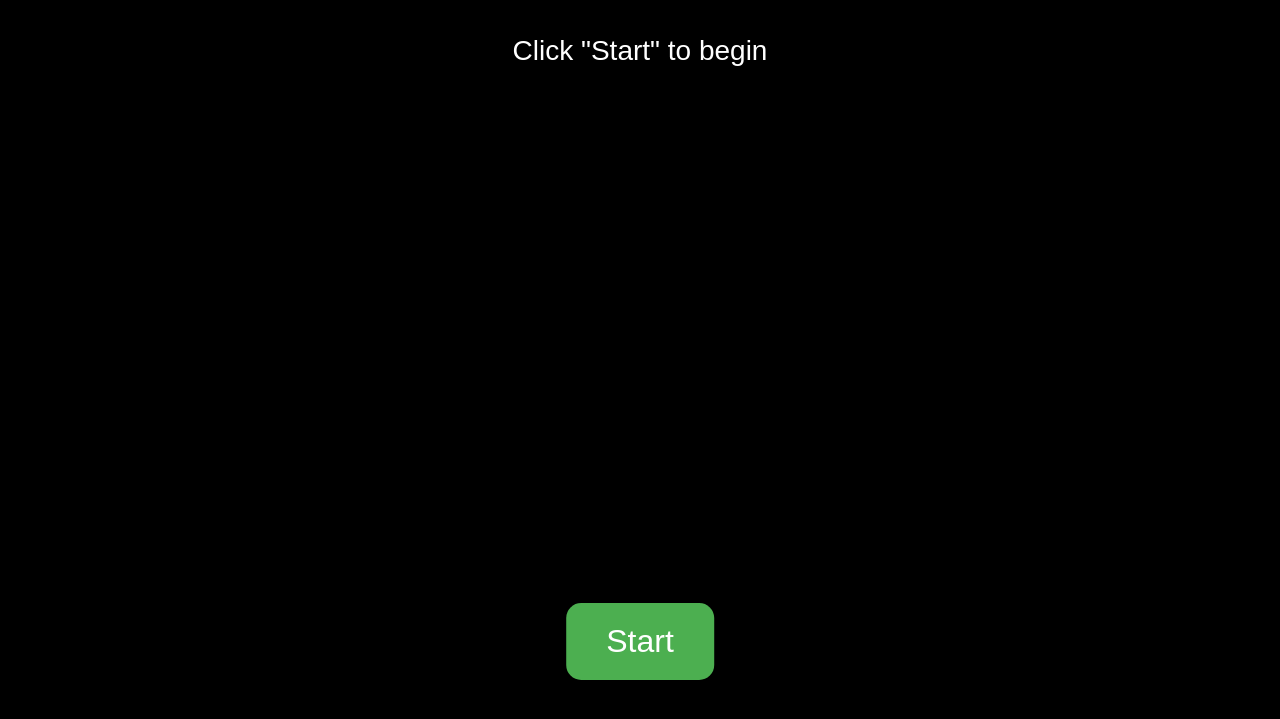
Repository: Jayhawk2000/AR_Game_DCD_Children
Page: challenge/throwing/index.html
An editor plug-in stored every save of this project. The page is shown before and after the next save, followed by the edit.
The browser window is 1280 px wide. The pictures show the whole page.

Above is the page before, as saved 2024-09-24 10:23:07.

### challenge/throwing/index.html
<!DOCTYPE html>
<html lang="en">
  <head>
    <meta charset="UTF-8" />
    <meta name="viewport" content="width=device-width, initial-scale=1.0" />
    <title>Balance Pose Detector</title>
    <link rel="stylesheet" href="styles.css" />
  </head>
  <body>
    <div id="info">Click "Start" to begin</div>
    <div id="footInfo"></div>
    <div id="armInfo"></div>
    <div id="headInfo"></div>
    <div id="trunkInfo"></div>
    <button id="startButton">Start</button>
    <video id="video" style="display: none"></video>
    <canvas id="output"></canvas>

    <div id="resultPage" style="display: none">
      <h1>Throwing Pose Results</h1>
      <p>Total Score: <span id="totalScore"></span>/100</p>
      <p>Foot Step Score: <span id="footStepScore"></span>/50</p>
      <p>Arm Speed Score: <span id="armSpeedScore"></span>/50</p>
      <h2>Feedback:</h2>
      <p id="throwingFeedback"></p>
      <button id="retryButton">Try Again</button>
      <button id="returnButton">Return to Start</button>
    </div>

    <script
      src="https://cdn.jsdelivr.net/npm/@mediapipe/camera_utils/camera_utils.js"
      crossorigin="anonymous"
    ></script>
    <script
      src="https://cdn.jsdelivr.net/npm/@mediapipe/control_utils/control_utils.js"
      crossorigin="anonymous"
    ></script>
    <script
      src="https://cdn.jsdelivr.net/npm/@mediapipe/drawing_utils/drawing_utils.js"
      crossorigin="anonymous"
    ></script>
    <script
      src="https://cdn.jsdelivr.net/npm/@mediapipe/pose/pose.js"
      crossorigin="anonymous"
    ></script>
    <script src="app.js"></script>
  </body>
</html>

### challenge/throwing/styles.css
body {
  margin: 0;
  padding: 0;
  overflow: hidden;
  font-family: Arial, sans-serif;
  background-color: #000;
}

#info {
  position: absolute;
  top: 20px;
  left: 50%;
  transform: translateX(-50%);
  background-color: rgba(0, 0, 0, 0.7);
  color: white;
  padding: 15px 25px;
  border-radius: 10px;
  font-size: 28px;
  text-align: center;
  z-index: 30;
  max-width: 80%;
}

#footInfo,
#armInfo,
#headInfo,
#trunkInfo {
  position: absolute;
  left: 50%;
  transform: translateX(-50%);
  background-color: rgba(0, 0, 0, 0.7);
  color: white;
  padding: 10px 20px;
  border-radius: 10px;
  font-size: 24px;
  text-align: center;
  z-index: 30;
  max-width: 70%;
}

#footInfo {
  top: 120px;
}

#armInfo {
  top: 180px;
}

#headInfo {
  top: 240px;
}

#trunkInfo {
  top: 300px;
}

#startButton {
  position: absolute;
  bottom: 40px;
  left: 50%;
  transform: translateX(-50%);
  padding: 20px 40px;
  font-size: 32px;
  cursor: pointer;
  background-color: #4caf50;
  color: white;
  border: none;
  border-radius: 15px;
  z-index: 30;
}

#video {
  position: absolute;
  top: 0;
  left: 0;
  width: 100%;
  height: 100%;
  object-fit: cover;
  z-index: 10;
}

#output {
  position: absolute;
  top: 0;
  left: 0;
  width: 100%;
  height: 100%;
  z-index: 20;
}

#resultPage {
  display: none; /* Initially hidden */
  position: absolute;
  top: 50%;
  left: 50%;
  transform: translate(-50%, -50%);
  background-color: rgba(0, 0, 0, 0.8);
  color: white;
  padding: 40px;
  border-radius: 20px;
  text-align: center;
  z-index: 40;
}

#resultPage h1 {
  font-size: 36px;
  margin-bottom: 20px;
}

#resultPage p {
  font-size: 24px;
  margin: 10px 0;
}

#resultPage button {
  margin: 20px 10px;
  padding: 15px 30px;
  font-size: 24px;
  cursor: pointer;
  background-color: #4caf50;
  color: white;
  border: none;
  border-radius: 10px;
}

#resultPage button:hover {
  background-color: #45a049;
}

### challenge/throwing/app.js
const startButton = document.getElementById("startButton");
const info = document.getElementById("info");
const footInfo = document.getElementById("footInfo");
const armInfo = document.getElementById("armInfo");
const video = document.getElementById("video");
const canvasElement = document.getElementById("output");
const canvasCtx = canvasElement.getContext("2d");

let pose, camera;
let balancePoseDetected = false;
let balancePoseStartTime = 0;
const BALANCE_POSE_DURATION = 5000; // 5 seconds
let countdownTimer = 5;
let isDetectionStarted = false;
let armScore = 10;
let trunkStabilityScore = 10;
let maxDisplacement = 0;
let initialPose = null;
let throwingPhase = "preparation";
let throwingScores = {
  preparation: 0,
  propulsion: 0,
  release: 0,
  followThrough: 0,
};
let isThrowingStarted = false;
let startingPositionHoldTime = 0;
const STARTING_POSITION_HOLD_DURATION = 3000; // 3 seconds

startButton.addEventListener("click", startProcess);

function startProcess() {
  startButton.style.display = "none";
  info.textContent = "Initializing camera...";

  initCamera()
    .then(() => {
      startCountdown();
    })
    .catch((error) => {
      console.error("Initialization failed:", error);
      info.textContent = "Failed to initialize camera or pose detection.";
    });
}

function initCamera() {
  return new Promise((resolve, reject) => {
    camera = new Camera(video, {
      onFrame: async () => {
        if (pose && isDetectionStarted) {
          await pose.send({ image: video });
        }
      },
      width: 1280,
      height: 720,
    });

    pose = new Pose({
      locateFile: (file) => {
        return `https://cdn.jsdelivr.net/npm/@mediapipe/pose/${file}`;
      },
    });

    pose.setOptions({
      modelComplexity: 1,
      smoothLandmarks: true,
      minDetectionConfidence: 0.5,
      minTrackingConfidence: 0.5,
    });

    pose.onResults(onResults);

    camera
      .start()
      .then(() => {
        console.log("Camera started successfully");
        video.style.display = "block";
        canvasElement.style.display = "block";
        resolve();
      })
      .catch((error) => {
        console.error("Error starting camera:", error);
        info.textContent = "Error starting camera: " + error.message;
        reject(error);
      });
  });
}

function startCountdown() {
  info.textContent = `Get ready! ${countdownTimer}`;
  info.innerHTML += "<br>Please stand where your full body is visible";

  if (countdownTimer > 0) {
    countdownTimer--;
    setTimeout(startCountdown, 1000);
  } else {
    isDetectionStarted = true;
    info.textContent = "Start throwing!";
    throwingPhase = "preparation";
  }
}

function calculateAngle(a, b, c) {
  let radians =
    Math.atan2(c.y - b.y, c.x - b.x) - Math.atan2(a.y - b.y, a.x - b.x);
  let angle = Math.abs((radians * 180.0) / Math.PI);
  if (angle > 180.0) {
    angle = 360 - angle;
  }
  return angle;
}

function checkArmRaised(shoulder, elbow, wrist) {
  const heightScore = getArmHeightScore(shoulder, wrist);
  const extensionScore = getArmExtensionScore(shoulder, elbow, wrist);
  const score = (heightScore + extensionScore) / 2;
  return { status: score > 0 ? "raised" : "lowered", score: score };
}

function getArmHeightScore(shoulder, wrist) {
  const heightDiff = shoulder.y - wrist.y;
  if (heightDiff >= 0) return 10;
  if (heightDiff > -0.1) return 8;
  if (heightDiff > -0.2) return 6;
  return 4;
}

function getArmExtensionScore(shoulder, elbow, wrist) {
  const angle = calculateAngle(shoulder, elbow, wrist);
  if (angle >= 170) return 10;
  if (angle >= 150) return 8;
  if (angle >= 120) return 6;
  return 4;
}

function calculateTrunkStability() {
  console.log(
    "Calculating trunk stability, max displacement:",
    maxDisplacement
  );
  if (maxDisplacement < 0.01) return 10;
  if (maxDisplacement < 0.02) return 9;
  if (maxDisplacement < 0.03) return 8;
  if (maxDisplacement < 0.04) return 7;
  if (maxDisplacement < 0.05) return 6;
  if (maxDisplacement < 0.06) return 5;
  if (maxDisplacement < 0.08) return 4;
  if (maxDisplacement < 0.1) return 3;
  if (maxDisplacement < 0.15) return 2;
  if (maxDisplacement < 0.2) return 1;
  return 0;
}

function updateMaxDisplacement(landmarks) {
  if (!initialPose) return;

  const calculateDisplacement = (initial, current) => {
    const dx = initial.x - current.x;
    const dy = initial.y - current.y;
    return Math.sqrt(dx * dx + dy * dy);
  };

  const displacements = [
    calculateDisplacement(initialPose.nose, landmarks[0]),
    calculateDisplacement(initialPose.leftShoulder, landmarks[11]),
    calculateDisplacement(initialPose.rightShoulder, landmarks[12]),
    calculateDisplacement(initialPose.leftHip, landmarks[23]),
    calculateDisplacement(initialPose.rightHip, landmarks[24]),
  ];

  const currentMaxDisplacement = Math.max(...displacements);
  maxDisplacement = Math.max(maxDisplacement, currentMaxDisplacement);
  console.log("Current max displacement:", maxDisplacement);
}

function checkThrowingPose(landmarks) {
  if (!isThrowingStarted) {
    if (checkStartingPosition(landmarks)) {
      const currentTime = Date.now();
      if (startingPositionHoldTime === 0) {
        startingPositionHoldTime = currentTime;
      } else if (
        currentTime - startingPositionHoldTime >=
        STARTING_POSITION_HOLD_DURATION
      ) {
        isThrowingStarted = true;
        info.textContent = "Starting position held. Begin throwing!";
      }
    } else {
      startingPositionHoldTime = 0;
    }
    return;
  }

  const footStepScore = checkFootStep(landmarks);
  const armSpeedScore = checkArmSpeed(landmarks);

  const totalScore = footStepScore + armSpeedScore;

  if (isThrowingCompleted(landmarks)) {
    showResultPage(totalScore, { footStepScore, armSpeedScore });
    isDetectionStarted = false;
  }
}

function checkStartingPosition(landmarks) {
  const isSideOn = checkSideOnStance(landmarks);
  const isArmBehindHead = checkArmBehindHead(landmarks);
  const isOneFootForward = checkOneFootForward(landmarks);

  updateStartingPositionFeedback(isSideOn, isArmBehindHead, isOneFootForward);

  return isSideOn && isArmBehindHead && isOneFootForward;
}

function updateStartingPositionFeedback(
  isSideOn,
  isArmBehindHead,
  isOneFootForward
) {
  if (!isSideOn) {
    info.textContent = "Please turn sideways to the camera";
  } else if (!isArmBehindHead) {
    info.textContent = "Please place one hand behind your head";
  } else if (!isOneFootForward) {
    info.textContent = "Please step forward with one foot";
  } else {
    info.textContent = "Great! Hold this position for 3 seconds";
  }
}

function isThrowingCompleted(landmarks) {
  const nose = landmarks[0];
  const wrist = landmarks[16]; // 右手腕
  return wrist.x > nose.x;
}

function checkFootStep(landmarks) {
  const leftAnkle = landmarks[27];
  const rightAnkle = landmarks[28];
  const stepDiff = Math.abs(leftAnkle.x - rightAnkle.x);
  if (stepDiff > 0.2) return 50; // 明显迈步
  if (stepDiff > 0.1) return 30; // 轻微迈步
  return 10; // 未迈步
}

let previousWristPosition = null;
let previousTimestamp = null;

function checkArmSpeed(landmarks) {
  const wrist = landmarks[16]; // 右手腕
  const currentTimestamp = Date.now();

  if (previousWristPosition && previousTimestamp) {
    const distance = Math.sqrt(
      Math.pow(wrist.x - previousWristPosition.x, 2) +
        Math.pow(wrist.y - previousWristPosition.y, 2)
    );
    const timeDiff = (currentTimestamp - previousTimestamp) / 1000; // 转换为秒
    const speed = distance / timeDiff;

    previousWristPosition = wrist;
    previousTimestamp = currentTimestamp;

    if (speed > 2) return 50; // 快速
    if (speed > 1) return 30; // 中速
    return 10; // 慢速
  }

  previousWristPosition = wrist;
  previousTimestamp = currentTimestamp;
  return 0;
}

function getArmFeedback(score) {
  if (score >= 9) return "Excellent arm position!";
  if (score >= 7)
    return "Good arm position. Try to raise your arm a bit higher and extend it more.";
  if (score >= 5)
    return "Moderate arm position. Focus on raising your arm to shoulder level and extending it fully.";
  return "Keep working on raising your arm higher and extending it more.";
}

function getTrunkFeedback(score) {
  if (score === 10) return "Perfect stability! You remained incredibly steady.";
  if (score >= 8) return "Excellent stability. Very minimal movement detected.";
  if (score >= 6)
    return "Good stability. Some slight movement, but overall well maintained.";
  if (score >= 4)
    return "Fair stability. Try to reduce your body's movement more.";
  if (score >= 2)
    return "Needs improvement. Focus on keeping your body as still as possible.";
  return "Significant movement detected. Practice holding your position steady.";
}

function showResultPage(totalScore, scores) {
  footInfo.style.display = "none";
  armInfo.style.display = "none";
  info.style.display = "none";
  video.style.display = "none";
  canvasElement.style.display = "none";

  const resultPage = document.getElementById("resultPage");
  resultPage.style.display = "block";

  document.getElementById("totalScore").textContent = totalScore.toFixed(1);
  document.getElementById("footStepScore").textContent =
    scores.footStepScore.toFixed(1);
  document.getElementById("armSpeedScore").textContent =
    scores.armSpeedScore.toFixed(1);
  document.getElementById("throwingFeedback").textContent =
    getThrowingFeedback(totalScore);

  const retryButton = document.getElementById("retryButton");
  const returnButton = document.getElementById("returnButton");

  retryButton.replaceWith(retryButton.cloneNode(true));
  returnButton.replaceWith(returnButton.cloneNode(true));

  document.getElementById("retryButton").addEventListener("click", () => {
    resultPage.style.display = "none";
    startProcess();
  });

  document.getElementById("returnButton").addEventListener("click", () => {
    resultPage.style.display = "none";
    startButton.style.display = "block";
    info.style.display = "block";
    info.textContent = 'Click "Start" to begin';
  });
}

function getThrowingFeedback(score) {
  if (score >= 90) return "Excellent throwing form!";
  if (score >= 75) return "Very good throw, with some room for improvement.";
  if (score >= 60) return "Good attempt, keep practicing to improve your form.";
  if (score >= 40)
    return "Fair throw, focus on improving your technique in each phase.";
  return "Keep practicing! Pay attention to the proper form in each phase of the throw.";
}

function onResults(results) {
  canvasCtx.save();
  canvasCtx.clearRect(0, 0, canvasElement.width, canvasElement.height);
  canvasCtx.drawImage(
    results.image,
    0,
    0,
    canvasElement.width,
    canvasElement.height
  );

  if (results.poseLandmarks && isDetectionStarted) {
    drawConnectors(canvasCtx, results.poseLandmarks, POSE_CONNECTIONS, {
      color: "rgba(0, 255, 255, 0.3)",
      lineWidth: 4,
    });
    drawLandmarks(canvasCtx, results.poseLandmarks, {
      color: "rgba(255, 0, 255, 0.3)",
      lineWidth: 2,
      radius: 6,
    });

    checkThrowingPose(results.poseLandmarks);
    updateInfoDisplay();
  }

  canvasCtx.restore();
}

window.addEventListener("load", () => {
  canvasElement.width = window.innerWidth;
  canvasElement.height = window.innerHeight;
});

window.addEventListener("resize", () => {
  canvasElement.width = window.innerWidth;
  canvasElement.height = window.innerHeight;
});

function checkSideOnStance(landmarks) {
  const leftShoulder = landmarks[11];
  const rightShoulder = landmarks[12];
  const leftHip = landmarks[23];
  const rightHip = landmarks[24];

  const shoulderDiff = Math.abs(leftShoulder.z - rightShoulder.z);
  const hipDiff = Math.abs(leftHip.z - rightHip.z);

  const isSideOn = shoulderDiff > 0.1 && hipDiff > 0.1;
  return isSideOn ? 1 : 0;
}

function checkArmBehindHead(landmarks) {
  const nose = landmarks[0];
  const wrist = landmarks[16]; // 右手腕
  return wrist.x < nose.x ? 1 : 0;
}

function checkOneFootForward(landmarks) {
  const leftAnkle = landmarks[27];
  const rightAnkle = landmarks[28];
  const ankleDiff = Math.abs(leftAnkle.z - rightAnkle.z);
  return ankleDiff > 0.1;
}

function updateInfoDisplay() {
  info.textContent = `Current phase: ${throwingPhase}`;
}

After the next save:
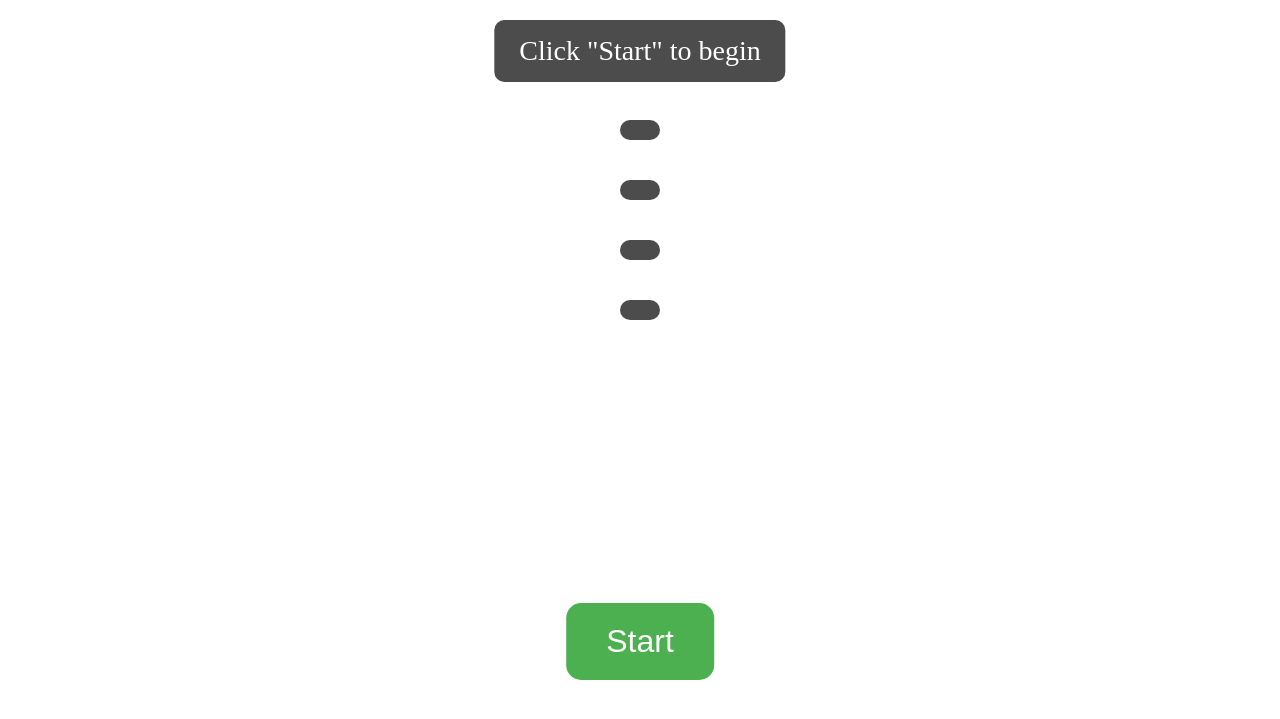
Saved 19 s later.
--- a/challenge/throwing/styles.css
+++ b/challenge/throwing/styles.css
@@ -1,4 +1,4 @@
-body {
+ody {
   margin: 0;
   padding: 0;
   overflow: hidden;
